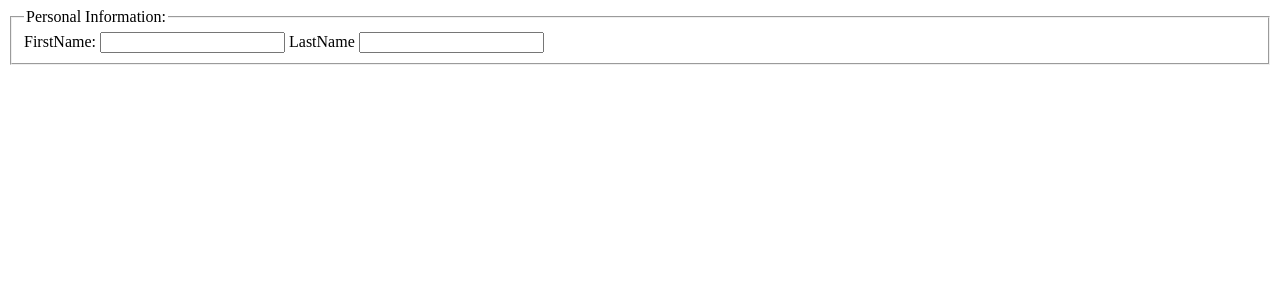
Repository: Femi007-gh/Legend
Page: index.html
The author's editor kept a copy of each file at every save. The page is drawn from the files as they stood at one save, then again after the next save.
The browser window is 1280 px wide. The pictures show the whole page.

Above is the page before, as saved 2025-04-04 10:09:26.

### index.html
<html>
  <head>
    <title>LEGEND</title>
  </head>
  <body>
    <form>
      <fieldset>
        <legend>Personal Information:</legend>
        <label>FirstName:</label>
        <input type="text" class="FN">

        <label>LastName</label>
        <input type="text" class="LN">


      </fieldset>
    </form>
  </body>
</html>

After the next save:
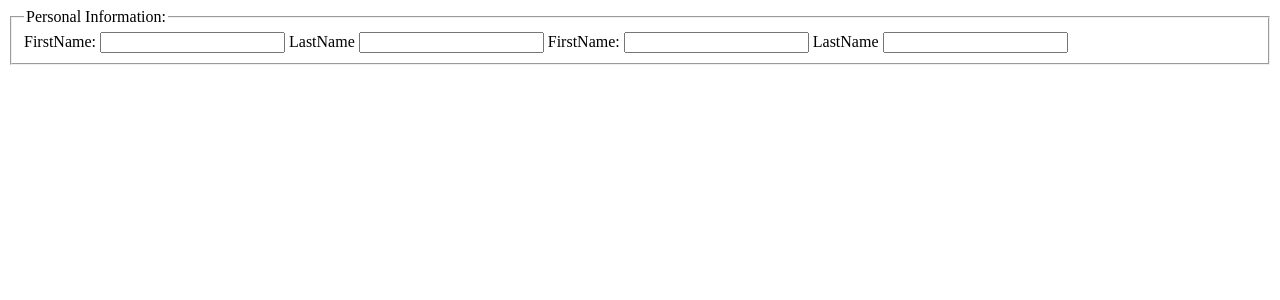
Saved 9 s later.
--- a/index.html
+++ b/index.html
@@ -12,7 +12,11 @@
         <label>LastName</label>
         <input type="text" class="LN">
 
+        <label>FirstName:</label>
+        <input type="text" class="FN">
 
+        <label>LastName</label>
+        <input type="text" class="LN">
       </fieldset>
     </form>
   </body>
